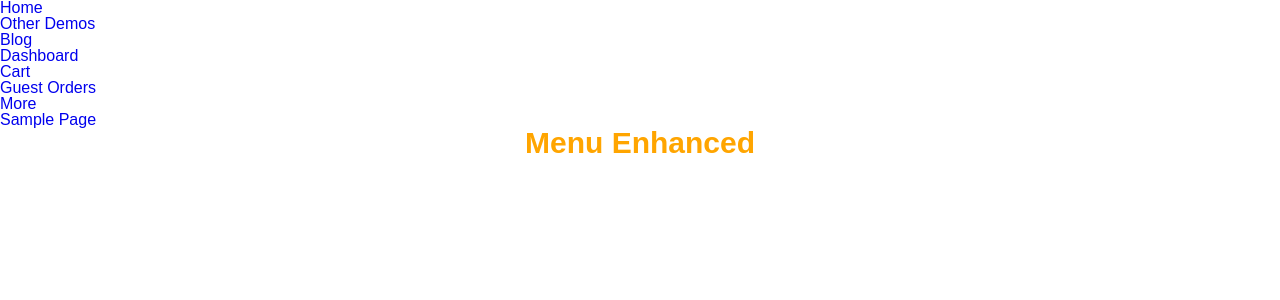
Repository: lannguyen1301/f8-zoom-day-5
Page: menu-enhanced.html
The author's editor kept a copy of each file at every save. The page is drawn from the files as they stood at one save, then again after a run of saves.
The browser window is 1280 px wide. The pictures show the whole page.

Above is the page before, as saved 2025-04-21 13:03:27.

After the next 2 saves:
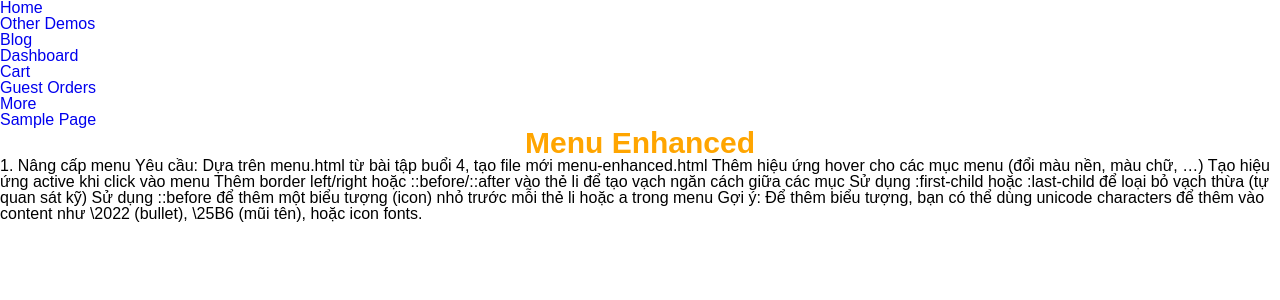
The 2 saves are shown as one change because they came seconds apart.
The last was saved 2 min 3 s later.
--- a/menu-enhanced.html
+++ b/menu-enhanced.html
@@ -40,6 +40,19 @@
     </nav>
 
     <h1 class="title-desc">Menu Enhanced</h1>
+    <p>
+        1. Nâng cấp menu
+        Yêu cầu:
+
+        Dựa trên menu.html từ bài tập buổi 4, tạo file mới menu-enhanced.html
+        Thêm hiệu ứng hover cho các mục menu (đổi màu nền, màu chữ, …)
+        Tạo hiệu ứng active khi click vào menu
+        Thêm border left/right hoặc ::before/::after vào thẻ li để tạo vạch ngăn cách giữa các mục
+        Sử dụng :first-child hoặc :last-child để loại bỏ vạch thừa (tự quan sát kỹ)
+        Sử dụng ::before để thêm một biểu tượng (icon) nhỏ trước mỗi thẻ li hoặc a trong menu
+        Gợi ý: Để thêm biểu tượng, bạn có thể dùng unicode characters để thêm vào content như \2022 (bullet), \25B6 (mũi
+        tên), hoặc icon fonts.
+    </p>
 </body>
 
 </html>
